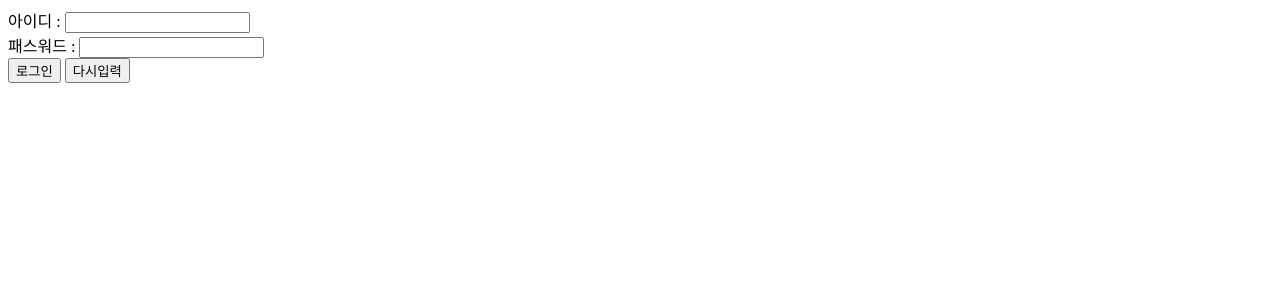
Repository: onerain5120/db_conn
Page: eclipse-workspace/pro06/src/main/webapp/login.html
An editor plug-in stored every save of this project. The page is shown before and after the next save, followed by the edit.
The browser window is 1280 px wide. The pictures show the whole page.

Above is the page before, as saved 2023-09-26 10:20:14.

After the next save:
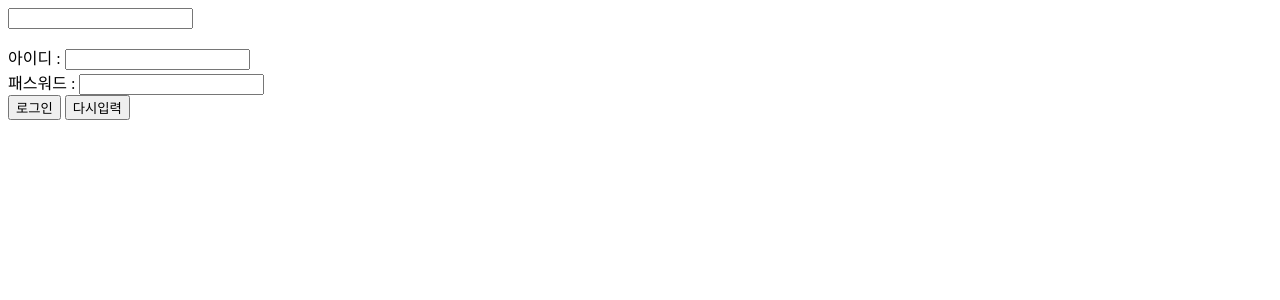
Saved 15 h 15 min later.
--- a/eclipse-workspace/pro06/src/main/webapp/login.html
+++ b/eclipse-workspace/pro06/src/main/webapp/login.html
@@ -1,23 +1,26 @@
 <!DOCTYPE html>
 <html>
+
 <head>
-<meta charset="UTF-8">
-<title>Insert title here</title>
+	<meta charset="UTF-8">
+	<title>Insert title here</title>
 </head>
+
 <body>
 
+	<input type="text"><p></p>
+	<form method="get" action="login.html">
+		아이디 : <input type="text" name="user_id"><br>
+		패스워드 : <input type="password" name="user_pw"><br>
 
-<form method="get" action="login.html">
-	아이디 : <input type="text" name="user_id"><br>
-	패스워드 : <input type="password" name="user_pw"><br>
+		<input type="submit" value="로그인">
+		<input type="reset" value="다시입력">
 
-	<input type="submit" value="로그인">
-	<input type="reset" value="다시입력">
-
-</form>
+	</form>
 
 
 
 
 </body>
+
 </html>
